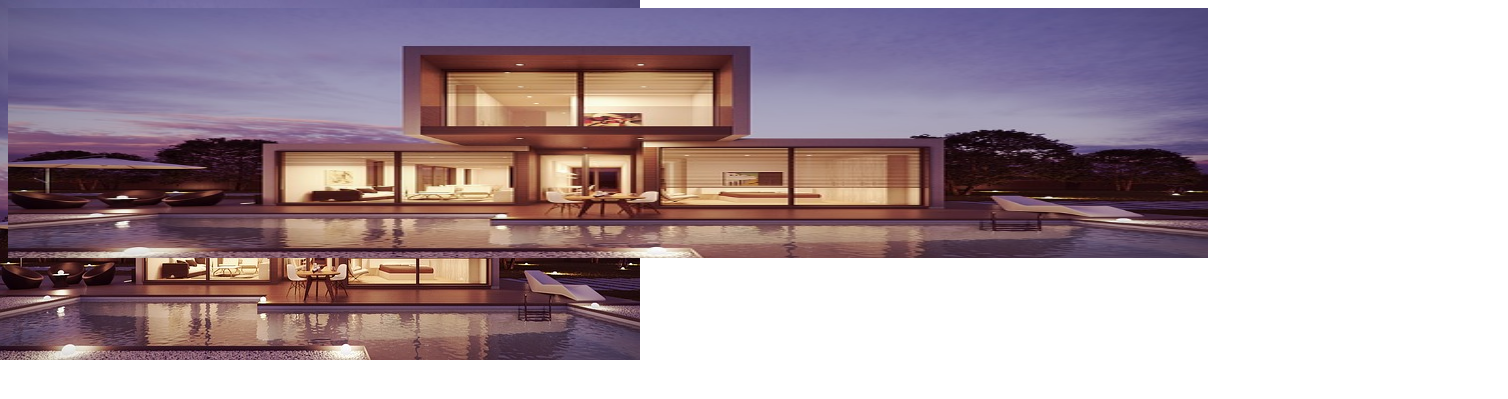
Repository: khadri2021/A2023_Task_Property_Management
Page: AdderssMakersWeb/WebContent/bottom.html
An editor plug-in stored every save of this project. The page is shown before and after the next save, followed by the edit.
The browser window is 1280 px wide. The page is 1280 px wide, then 1508 px, so the pictures cover 1508 px, including what lies to the right of the window. The pictures show the whole page.

Above is the page before, as saved 2024-02-11 11:22:45.

After the next save:
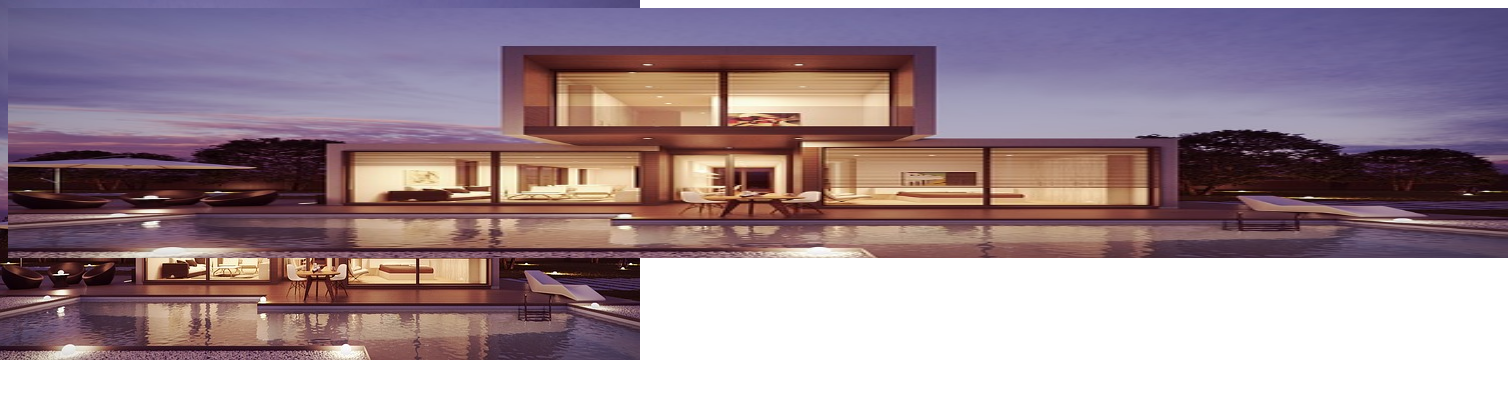
Saved 11 s later.
--- a/AdderssMakersWeb/WebContent/bottom.html
+++ b/AdderssMakersWeb/WebContent/bottom.html
@@ -26,7 +26,7 @@ body {
 <body>
 <tr>
 <td><a href="Add.jsp"> <img src="./images/home.jpg" alt=" "
-		style="width: 1200px; height: 250px;">
+		style="width: 1500px; height: 250px;">
 	</a>
 	</td>
 </tr>
